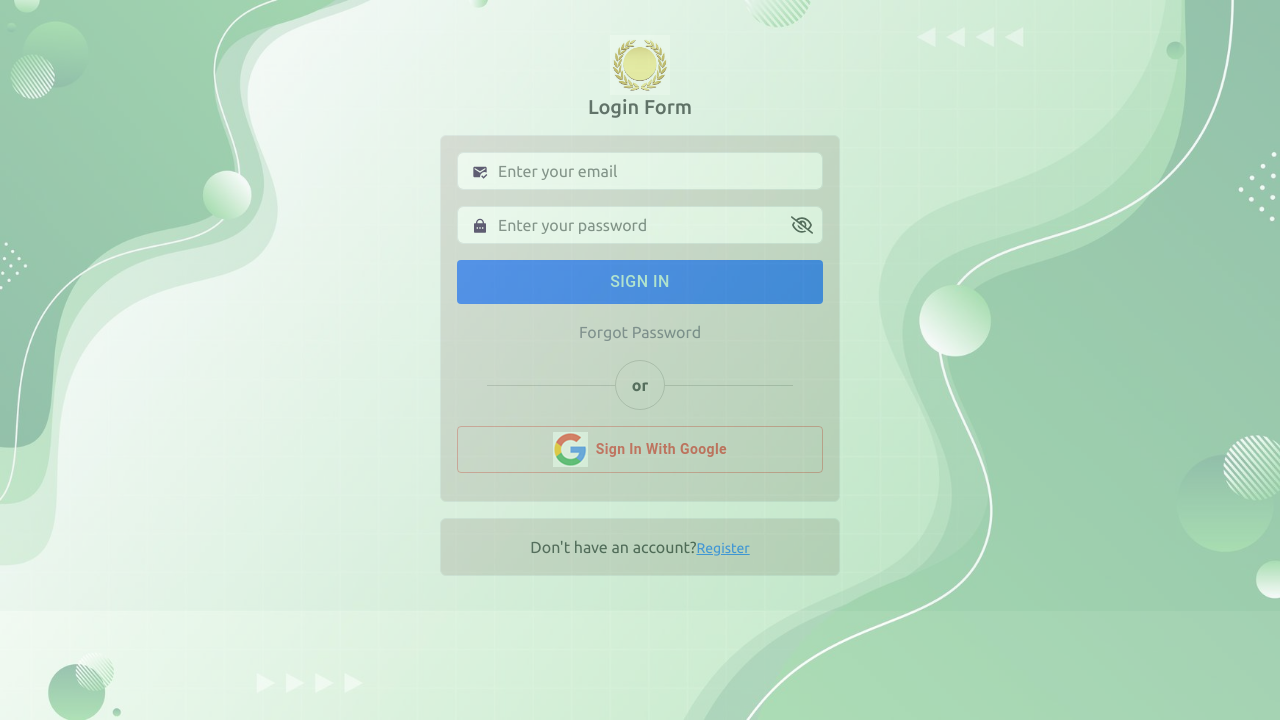
Repository: gautamsonam011/admin-react-dashboard
Page: /login
These files come from the project's save history. The page is drawn as it stood at one moment and after the next save; the edit follows.
The browser window is 1280 px wide. The pictures show the whole page.
The project was rebuilt for these pictures with package versions that can differ from the ones it lists, and the page was loaded fresh each time. Also part of the build but not shown: src/components/DashboardBox.jsx, src/pages/Dashboard/Dashboard.jsx.

Above is the page before, as saved 2025-04-24 00:11:13.

### src/App.css
@import url('https://fonts.googleapis.com/css2?family=Ubuntu:ital,wght@0,300;0,400;0,500;0,700;1,300;1,400;1,500;1,700&display=swap');

body{
  font-family: "Ubuntu", sans-serif !important;
  background-color: #f4f8f7;

}

header{
  width:100%;
  height: 70px;
  background-color:#62bebe;
  position: fixed;
  top:0px;
  left:0px;
  z-index: 1000;
}
header .logo{
  text-decoration: none;
}
header .logo img{
  margin-top: 10px;
  width:45px;

}

header .logo span{
color: coral;
font-weight: bolder;
font-size: 24px;
}
header button.rounded-circle{min-width:40px !important; width:40px !important; height: 40px !important; background-color:#0ff7d8 !important; margin: 15px;}
header button.rounded-circle svg{color:rgb(29, 27, 27); font-size: 25px !important; transition: all 0.2s ease-in-out;}
header button.rounded-circle:hover svg{color: #2585d4 !important;}
.searchBox{width:400px; height: 40px; background-color:#faf9f9; border-radius: 6px;padding: 3px 15px;}
.searchBox input{background: transparent;border:0px; outline:none; padding-left: 5px; font-size: 15px; color:#292929}
.searchBox input::-webkit-input-placeholder{color:#292929}
.searchBox svg{font-size: 18px; color:#292929 ;}

.userImg{display: flex; align-items:center; justify-content: center; overflow: hidden; width:40px; height: 40px; border:1px solid #0ff7d8; padding: 2px; border-radius: 100%;}
.userImg .rounded-circle{display: flex; align-items:center; justify-content: center; overflow: hidden; width: 40px; height: 40px; cursor: pointer; position: relative;}
.userImg .rounded-circle .img{object-fit: cover; width: 100%;}
.userInfo{padding-left: 10px;}
.userInfo h5{font-size: 15px; font-weight: 600; margin-bottom:0px; color: #266666;}

#account-menu li{font-size: 14px !important;}
#account-menu li svg{font-size: 20px !important}

.dropdown-info{padding-left: 6px;}
.dropdown-info h4{font-size: 15px; font-weight:600;margin-top: 2px; white-space: break-space; line-height: 21px;}
.dropdown-info p{font-size: 10px; color: #2585d4;}


/* Style for sidebar  */

.main .sidebarWrapper{width: 20%; flex: 0 0 20%; transition: all 0.3s ease-in-out;}
.main .sidebarWrapper.toggle{width: 0%; flex: 0 0 0%;}
.btn-signin{padding: 7px 20px !important; background:#266666 !important; color: #f4f8f7 !important; font-weight: bold !important; border-radius:20px !important;}
.main .sidebarWrapper .sidebar{width:20%; height: 100vh; max-height: calc(100%-70px); position:fixed; top: 70px; left:0px; background:#b1e4dd; overflow-y: scroll; overflow-x: hidden; padding-bottom: 40px; transition: all 0.3s ease-in-out;}
.main .sidebarWrapper.toggle .sidebar{left:-100%;}

.main .sidebarWrapper .sidebar::-webkit-scrollbar-thumb{background: transparent !important; width:3px;}
.main .sidebarWrapper:hover .sidebar::-webkit-scrollbar{ background:#2585d4; width:3px;}
.main .sidebarWrapper .sidebar ul{margin-bottom:0px;}
.main .sidebarWrapper .sidebar ul li{list-style: none; margin-top:10px;}
.main .sidebarWrapper .sidebar ul li button{color:#266666; text-align: left; justify-content: left; border-radius:0px !important; padding: 12px 15px !important;
  align-items: center; text-transform: capitalize !important;font-family: "Ubuntu", sans-serif !important;
  margin-left: 0px; font-size: 15px !important;
}
.main .sidebarWrapper .sidebar ul li button .icon{display: flex; align-items:center; justify-content: center; width:25px; height:25px; margin-right: 10px;}
.main .sidebarWrapper .sidebar ul li button .icon svg{color:#292929; opacity: 0.8; font-size: 22px;}
.main .sidebarWrapper .sidebar ul li button .arrow{margin-left: auto; display: flex; align-items: center; justify-content: center; width: 25px; transition: all 0.3s ease-in-out}
.main .sidebarWrapper .sidebar ul li button:hover{background:#62bebe !important;}
.main .sidebarWrapper .sidebar ul li button.active{background: #62bebe !important;}
.main .sidebarWrapper .sidebar ul li button.active .arrow{transform: rotate(90deg);}

.main .sidebarWrapper .sidebar ul .submenu{padding: 0px 45px; position:relative; height:auto;}
.main .sidebarWrapper .sidebar ul .submenu::before{content:''; width:1px; height: 95%; position: absolute; top:0px; left:25px; background:rgba(0, 0, 0, 0.1);}
.main .sidebarWrapper .sidebar ul .submenu li{width:100%; list-style: none;}
.main .sidebarWrapper .sidebar ul .submenu li a{color:#266666 !important; text-decoration: none; font-family: "Ubuntu", sans-serif !important;
display: block; padding: 6px 0px; font-size: 14px !important; font-weight: 500; transition:all 0.3s}
.main .sidebarWrapper .sidebar ul .submenu li a:hover{color:#2585d4 !important;}

.main .sidebarWrapper .sidebar ul .submenuWrapper{transition:all 0.3s ease-in-out; height: 0px; overflow: hidden; }
.main .sidebarWrapper .sidebar ul .submenuWrapper.colapsed .submenu{opacity:0;}

.main .sidebarWrapper .sidebar ul .submenuWrapper.colapse{height:auto; overflow: inherit;}
.main .sidebarWrapper .sidebar ul .submenuWrapper.colapse .submenu{opacity:1; height:auto;}

.logoutWrapper{padding: 0px 25px;}
.logoutWrapper .logoutBox{width:100%; height:100px; padding: 25px; background:#bcd2fd; border-radius:10px; margin-bottom:20px; display:flex; align-items: center; justify-content: center;
position:relative; overflow:hidden;}
.logoutWrapper .logoutBox::before{content:''; width:50px; height:50px; background:#266666; border-radius: 100%; position:absolute; top: -20px; right: 30px; opacity:0.5}
.logoutWrapper .logoutBox::after{content:''; width:30px; height:30px; background:#266666; border-radius: 100%; position:absolute; top: -30px; left: 30px; opacity:0.5}
.logoutWrapper .logoutBox button{font-size:14px !important; font-weight: 600 !important; }
.logoutWrapper .logoutBox button svg{margin-right: 15px; font-size:18px;}

.main .content{width:80%; flex: 0 0 80%; transition: all 0.3s ease-in-out;}
.main .content.toggle{width:100%; flex: 0 0 100%;}

.dashboardBoxWrapperRow{margin-left: 20%;}
.right-content{padding: 90px 30px;}
.dashboardBoxWrapper{gap: 15px; width:100%; flex-wrap: wrap;}
.dashboardBoxWrapper .dashboardBox{width:48%; height: 170px; border-radius:10px; overflow: hidden; padding:20px; display: flex; flex-direction: column; justify-content: space-around; text-align: left !important; justify-content: flex-start;}
.dashboardBoxWrapperRow .box{width:100%; height: 100%; background:#0ff7d8;}

.dashboardBoxWrapper .dashboardBox .col1 h4{font-size: 20px; font-weight: 600;}
.dashboardBoxWrapper .dashboardBox .col1 span{font-size: 40px; font-weight: bold;}
.dashboardBoxWrapper .dashboardBox .icon { margin-left: 180px; display: flex; align-items:center; justify-content: center; width:45px; height: 45px; border-radius:5px; background-image: linear-gradient(to bottom right, rgba(0, 0, 0, 0), rgba(0, 0, 0, 0.2));}
.dashboardBoxWrapper .dashboardBox .icon svg{font-size: 45px; opacity: 0.1; color:#f4f8f7}

.dashboardBoxWrapper .dashboardBox button.toggleIcon {font-size: 22px; color:rgba(0,0,0,0.5); cursor: pointer; min-width: 40px !important; width: 40px !important; height: 40px !important; border-radius: 50% !important; margin-left: 170px; border-right: none; opacity: 0.3;}

.dashboardBoxWrapperRow .dashboardBoxWrapper .dashboardBox .chart{position:absolute; opacity: 0.1;}
.dashboardBoxWrapperRow .dashboardBoxWrapper .dashboardBox .chart svg{font-size: 150px; color: #000;}

/*  style for Login page */

.loginSection{
  width: 100%; height: 120hv; padding: 35px 25px;
  background:#f4f8f7; position: relative;
}
.loginbgimage{width:100%; height: 100%; opacity: 0.4; position: fixed; top: 0; left: 0; z-index: 99; pointer-events: none;}
.loginSection .loginBox{width: 400px; height: auto; margin: auto;}
.loginSection .loginBox .wrapper{width:100%; height: auto; background: #d6d1d1;}
.full{max-width: 100% !important; flex: 0 0 100% !important; width: 100% !important;}
.loginSection .loginBox .wrapper .form-control{box-shadow: none !important; outline: none !important; padding-left: 40px;}
.loginSection .loginBox .wrapper .form-control:focus{border: 1px solid #0858f7 !important;}
.loginSection .loginBox .wrapper .form-group .icon{position: absolute; top: 6px; left: 15px; z-index: 100;}
.loginSection .loginBox .wrapper .form-group.focus .icon svg{color:#0858f7 !important;}
.loginSection .loginBox .wrapper .form-group .icon svg{color:#5e5d72;}
.toggleShowPassword{position: absolute; top: 5px; right: 10px; cursor: pointer;}
.toggleShowPassword svg{font-size: 22px;}
.btn-big{padding: 8px 25px !important; background:#0858f7 !important; color:#b1e4dd !important; font-size: 16px !important;}
.forgotPassword{color: #5e5d72; text-decoration: none;}
.forgotPassword:hover{color:#0858f7 !important;}
.loginSection .loginBox .wrapper .link{font-size: 14px;}
.loginSection .loginBox .wrapper .or span.line{display: block; width: 35%; height: 1px; background: rgba(0, 0, 0, 0.2);}
.loginSection .loginBox .wrapper .or span.txt{display: flex; align-items: center; justify-content: center; font-size: 16px; font-weight: 600; width: 50px; height: 50px; border: 1px solid rgba(0, 0, 0, 0.2); border-radius: 50%;}
.loginSection .loginBox .wrapper .form-group{margin-bottom: 12px;}
.loginwithGoogle{text-transform: capitalize !important; font-weight: bold !important;}
/* Registration Form */

### src/components/Sidebar/index.jsx
import Button from '@mui/material/Button';
import { RiDashboardLine } from "react-icons/ri";
import { IoIosArrowForward } from "react-icons/io";
import { TbBrandProducthunt } from "react-icons/tb";
import { TiShoppingCart } from "react-icons/ti";
import { MdOutlineMessage } from "react-icons/md";
import { IoNotifications } from "react-icons/io5";
import { MdOutlineSettings } from "react-icons/md";
import { Link } from 'react-router-dom';
import React, { useState} from "react";
import { RiLogoutCircleRLine } from "react-icons/ri";
// import { MyContext } from '../../App';

const Sidebar = () =>{
    const [activeTab, setActiveTab] = useState(0);
    const [isToggleSubmenu, setIsToggleSubmenu] = useState(false);

    // const context = useContext(MyContext);

    const isOpenSubmenu = (index) =>{
        setActiveTab(index);
        setIsToggleSubmenu(!isToggleSubmenu);


    }

    return(
        <div className="sidebar">
            <ul>
                <li>
                    <Link to="/">
                    <Button className={`w-100 ${activeTab === 0 ? 'active' : ''}`} onClick={()=>isOpenSubmenu(0)}>
                        <span className='icon'><RiDashboardLine/></span>
                        Dashboard
                        <span className="arrow"><IoIosArrowForward/></span>
                    </Button>
                    </Link>
                </li>
                <li>
                    <Button className={`w-100 ${activeTab === 1 && isToggleSubmenu===true ?  'active' : ''}`} onClick={()=>isOpenSubmenu(1)}>
                        <span className='icon'><TbBrandProducthunt/></span>
                        Products
                        <span className="arrow"><IoIosArrowForward/></span>
                    </Button>
                    <div className={`submenuWrapper ${activeTab===1 && isToggleSubmenu===true ? 'colapse':'colapsed'}`}>
                    <ul className='submenu'>
                        <li><Link to="#">Product Add</Link></li>
                        <li><Link to="#">Product List</Link></li>
                        <li><Link to="#">Product View</Link></li>
                    </ul>
                    </div>
                </li>
                <li>
                    <Link to="/">
                    <Button className={`w-100 ${activeTab === 2 ? 'active' : ''}`} onClick={()=>isOpenSubmenu(2)}>
                        <span className='icon'><TiShoppingCart/></span>
                        Orders
                        <span className="arrow"><IoIosArrowForward/></span>
                    </Button>
                    </Link>
                </li>
                <li>
                    <Link to="/">
                    <Button className={`w-100 ${activeTab === 3 ? 'active' : ''}`} onClick={()=>isOpenSubmenu(3)}>
                        <span className='icon'><MdOutlineMessage/></span>
                        Messages
                        <span className="arrow"><IoIosArrowForward/></span>
                    </Button>
                    </Link>
                </li>
                <li>
                    <Link to="/">
                    <Button className={`w-100 ${activeTab === 4 ? 'active' : ''}`} onClick={()=>isOpenSubmenu(4)}>
                        <span className='icon'><IoNotifications/></span>
                        Notifications
                        <span className="arrow"><IoIosArrowForward/></span>
                    </Button>
                    </Link>
                </li>
                <li>
                    <Link to="/">
                    <Button className={`w-100 ${activeTab === 5 ? 'active' : ''}`} onClick={()=>isOpenSubmenu(5)}>
                        <span className='icon'><MdOutlineSettings /></span>
                        Settings
                        <span className="arrow"><IoIosArrowForward/></span>
                    </Button>
                    </Link>
                </li>
            </ul>
            <br/>
            <div className="logoutWrapper">
                <div className="logoutBox">
            <Button variant="outlined"> <RiLogoutCircleRLine/>Logout</Button>
            </div>
            </div>
        </div>
    )
}

export default Sidebar

### src/pages/Login/index.jsx
import logo from '../../assests/images/logo.jpg';
import bgImage from '../../assests/bg.jpg';

import { MyContext } from '../../App';
import { useContext, useEffect, useState } from 'react';
import { MdMarkEmailRead } from "react-icons/md";
import { RiLockPasswordFill } from "react-icons/ri";
import { FaRegEyeSlash } from "react-icons/fa6";
import { FaEye } from "react-icons/fa";
import Button from '@mui/material/Button';
import { Link } from 'react-router-dom';
import google from "../../assests/images/google.png";

const Login = () => {
    const context = useContext(MyContext);
    const [inputIndex, setInputIndex] = useState(null);
    const [isShowPassword, setisShowPassword] = useState(false);
    const focusInput = (index) => {
        setInputIndex(index);
    }

    useEffect(() => {
        context.setisHideSidebarHeader(true);
    }, []);

    return (
        <>
            <img src={bgImage} className='loginbgimage' alt="bgimage" />
            <section className="loginSection">
                <div className="loginBox">
                    <div className="loginLogo text-center">
                        <img src={logo} alt="Logo" width="60px" />
                        <h5 className='font-weight-bold'>Login Form</h5>
                    </div>

                    <div className='wrapper mt-3 card border p-3'>
                        <form>
                            <div className={`form-group mb-3 position-relative ${inputIndex === 0 && 'focus'}`}>
                                <span className="icon"><MdMarkEmailRead /></span>
                                <input type="email" className='form-control' placeholder='Enter your email' onFocus={() => focusInput(0)} onBlur={() => setInputIndex(null)} />
                            </div>
                            <div className={`form-group mb-3 position-relative ${inputIndex === 1 && 'focus'}`}>
                                <span className="icon"><RiLockPasswordFill /></span>
                                <input type={`${isShowPassword === true ? 'text' : 'password'}`} className='form-control' placeholder='Enter your password' onFocus={() => focusInput(1)} onBlur={() => setInputIndex(null)} />
                                <span className="toggleShowPassword" onClick={() => setisShowPassword(!isShowPassword)}>
                                    {
                                        isShowPassword === true ? <FaEye /> : <FaRegEyeSlash />
                                    }

                                </span>
                            </div>
                            <div className='form-group'>
                                <Button className="btn-lg w-100 btn-big">Sign In</Button>
                            </div>
                            <div className='form-group text-center mt-3'>
                                <Link to={'forgot-password'} className="forgotPassword">Forgot Password</Link>
                                <div className='d-flex align-items-center justify-content-center or mt-3 mb-3'>
                                    <span className='line'></span>
                                    <span className='txt'>or</span>
                                    <span className='line'></span>
                                </div>

                                <Button variant="outlined" color="error" className='w-100 btn-lg loginwithGoogle'><img src={google} /> &nbsp; Sign In with Google</Button>
                            </div>
                        </form>
                    </div>
                    <div className='wrapper mt-3 card border p-3 footer'>
                        <span className='text-center'>
                            Don't have an account?
                            <Link to={'/signUp'} className='link color ml-2'>Register</Link>
                        </span>
                    </div>
                </div>
            </section>
        </>
    )
}
export default Login;

### src/components/SearchBox.jsx
import { FaSearch } from "react-icons/fa";

const SearchBox = () =>{
    return (
        <div className="searchBox position-relative d-flex align-items-center">
            <FaSearch className="mr-2" />
            <input type="text" placeholder="Search here"  />
        </div>
    )
}

export default SearchBox;

Loaded but not shown: public/index.html (common file); src/index.js (common file); src/reportWebVitals.js (common file); src/App.js (57 lines, source omitted); src/components/Header/index.jsx (239 lines, source omitted)

After the next save:
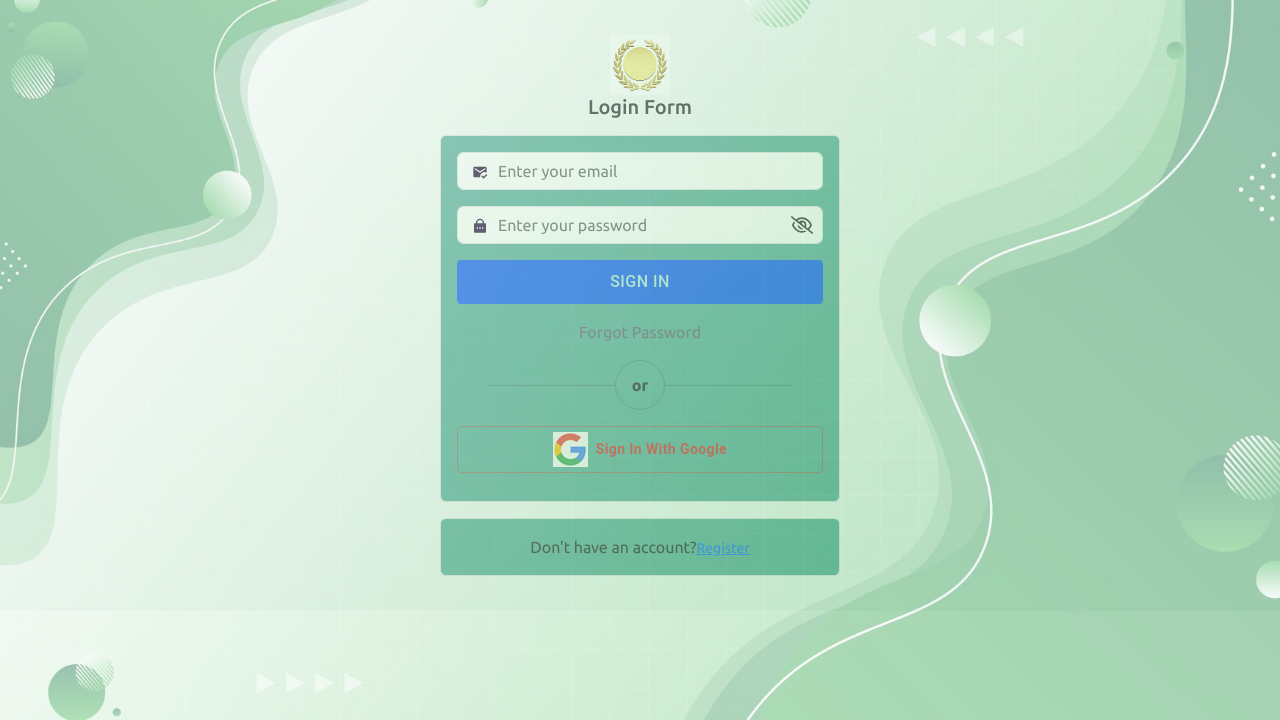
Saved 16 s later.
--- a/src/App.css
+++ b/src/App.css
@@ -122,7 +122,7 @@ position:relative; overflow:hidden;}
 }
 .loginbgimage{width:100%; height: 100%; opacity: 0.4; position: fixed; top: 0; left: 0; z-index: 99; pointer-events: none;}
 .loginSection .loginBox{width: 400px; height: auto; margin: auto;}
-.loginSection .loginBox .wrapper{width:100%; height: auto; background: #d6d1d1;}
+.loginSection .loginBox .wrapper{width:100%; height: auto; background: #54a89a;}
 .full{max-width: 100% !important; flex: 0 0 100% !important; width: 100% !important;}
 .loginSection .loginBox .wrapper .form-control{box-shadow: none !important; outline: none !important; padding-left: 40px;}
 .loginSection .loginBox .wrapper .form-control:focus{border: 1px solid #0858f7 !important;}
